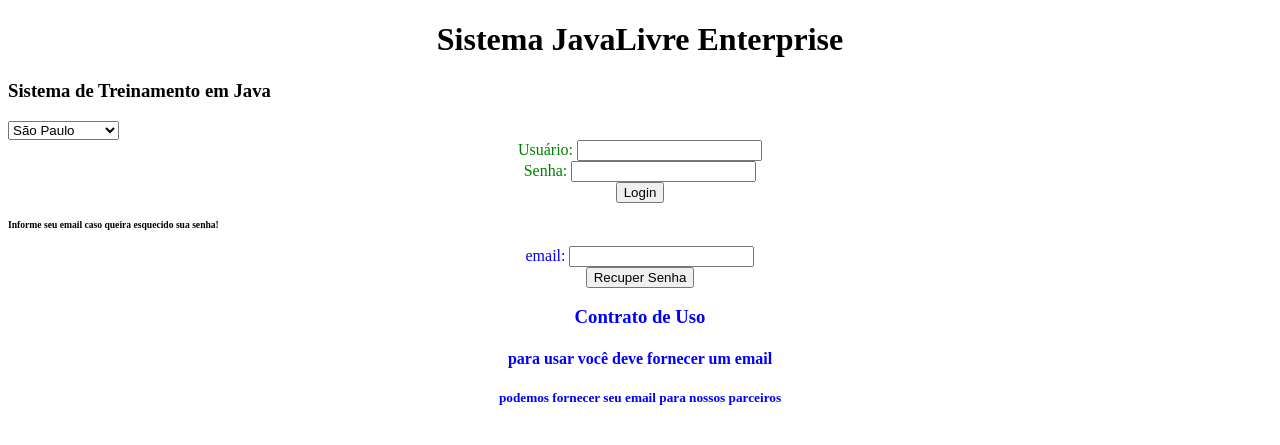
Repository: marciojv/treina-java
Page: workspace/JavaLivre/src/html/login.html
The author's editor kept a copy of each file at every save. The page is drawn from the files as they stood at one save, then again after the next save.
The browser window is 1280 px wide. The pictures show the whole page.

Above is the page before, as saved 2017-06-10 14:54:35.
Not found: workspace/JavaLivre/src/html/cssX/javalivre.css

### workspace/JavaLivre/src/html/login.html
<!DOCTYPE html>
<html>
<head>

<link rel="stylesheet" type="text/css" href="cssX/javalivre.css">

<style type="text/css">


div {
   color: blue;
   text-align: center;
}

h1 {
  text-align: center;
}

#h5recupera {
  font-size: 60%;
}

.contrato {
    text-align: center;
    color: blue;
}

</style>


<meta charset="UTF-8">
<title>Login</title>
</head>
<body>
<h1>Sistema JavaLivre Enterprise</h1>
<h3>Sistema de Treinamento em Java</h3>

<form action="login.html">

<select name="estado" >
  <option value="PR">Paraná</option>
  <option value="SC">Santa Catarina</option>
  <option selected value="SP">São Paulo</option>
</select>

<div id="divlogin" style="color:green" >
Usuário: <input type="text" name="login"><br>
Senha:   <input type="text" name="senha"><br>
         <input type="submit" value="Login"><br>
</div>

</form>

<h5 id="h5recupera" >Informe seu email caso queira esquecido sua senha!</h5>
<div id="divrecupera">
<form action="login.html">
email: <input type="email" name="email"><br>
       <input type="submit" value="Recuper Senha"><br>
</form>
</div>

<h3 class="contrato" >Contrato de Uso</h3>
<h4 class="contrato" >para usar você deve fornecer um email</h4>
<h5 class="contrato" >podemos fornecer seu email para nossos parceiros</h5>

</body>




</html>

### workspace/JavaLivre/src/html/css/javalivre.css
@CHARSET "UTF-8";

body {
  color: red;
  font-family: verdana;
}

After the next save:
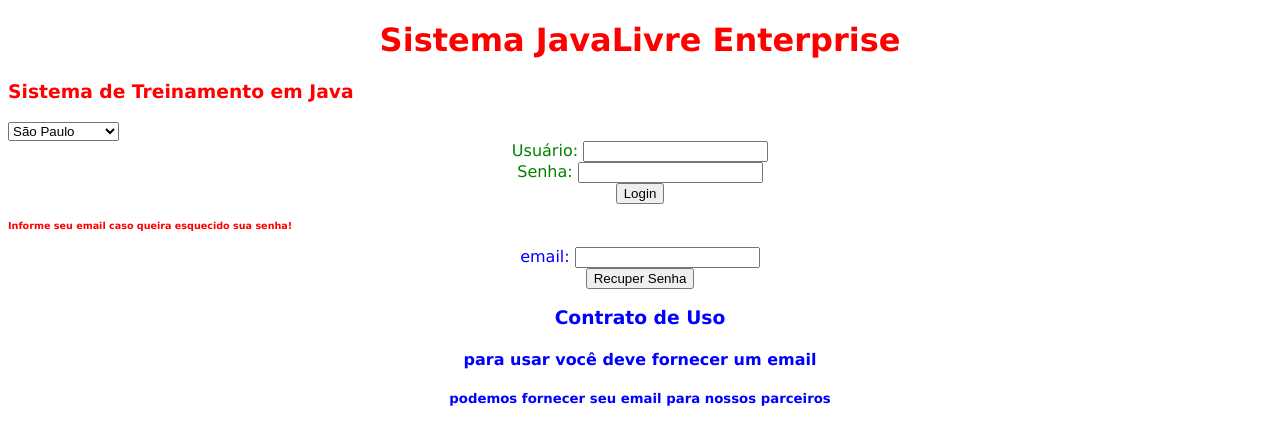
Saved 7 s later.
--- a/workspace/JavaLivre/src/html/login.html
+++ b/workspace/JavaLivre/src/html/login.html
@@ -2,7 +2,7 @@
 <html>
 <head>
 
-<link rel="stylesheet" type="text/css" href="cssX/javalivre.css">
+<link rel="stylesheet" type="text/css" href="css/javalivre.css">
 
 <style type="text/css">
 
